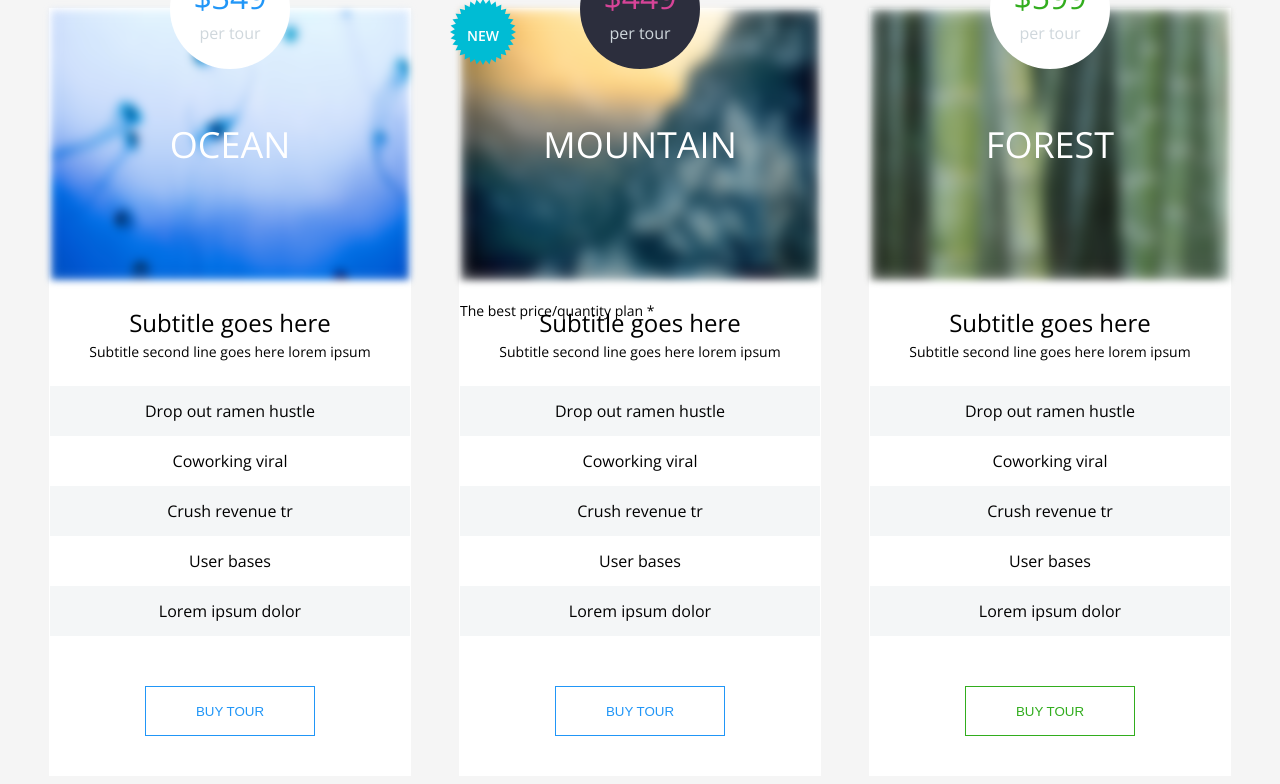
Repository: HoanTiny/pricetable
Page: index.html
An editor plug-in stored every save of this project. The page is shown before and after the next save, followed by the edit.
The browser window is 1280 px wide. The pictures show the whole page.
Some web fonts or font styles are not loaded; a fallback is used.

Above is the page before, as saved 2022-07-04 11:24:34.

### index.html
<!DOCTYPE html>
<html lang="en">
    <head>
        <meta charset="UTF-8" />
        <meta http-equiv="X-UA-Compatible" content="IE=edge" />
        <meta name="viewport" content="width=device-width, initial-scale=1.0" />
        <title>PriceTable</title>
        <link rel="stylesheet" href="./assests/css/style.css" />
        <link
            href="https://fonts.googleapis.com/css2?family=Gochi+Hand&family=IBM+Plex+Sans:wght@200;300;400;500;600;700&family=Open+Sans:wght@300;400;500;600&family=Orbitron:wght@400;500;600;700;800;900&family=Roboto:wght@100;300;400;500;700&display=swap"
            rel="stylesheet"
        />
    </head>
    <body>
        <div class="container">
            <div class="price-table">
                <div class="img">
                    <img src="./assests/img/ocean.png" alt="logo" />
                    <span>Ocean</span>
                </div>
                <div class="title">
                    <div class="title_header">
                        <p>Subtitle goes here</p>
                        <span>Subtitle second line goes here lorem ipsum</span>
                    </div>
                    <div class="title_list">
                        <ul>
                            <li>Drop out ramen hustle</li>
                            <li>Coworking viral</li>
                            <li>Crush revenue tr</li>
                            <li>User bases</li>
                            <li>Lorem ipsum dolor</li>
                        </ul>
                    </div>
                    <div class="title_btn">
                        <button type="">Buy Tour</button>
                    </div>
                    <div class="price">
                        <p>$349</p>
                        <span>per tour</span>
                    </div>
                </div>
            </div>
            <div class="price-table">
                <div class="img">
                    <img src="./assests/img/mountain.png" alt="logo" />
                    <div class="text">
                        <span>Mountain</span>
                        <p>The best price/quantity plan *</p>
                    </div>
                </div>
                <div class="title">
                    <div class="title_header">
                        <p>Subtitle goes here</p>
                        <span>Subtitle second line goes here lorem ipsum</span>
                    </div>
                    <div class="title_list">
                        <ul>
                            <li>Drop out ramen hustle</li>
                            <li>Coworking viral</li>
                            <li>Crush revenue tr</li>
                            <li>User bases</li>
                            <li>Lorem ipsum dolor</li>
                        </ul>
                    </div>
                    <div class="title_btn">
                        <button type="">Buy Tour</button>
                    </div>
                    <div class="price mountain">
                        <p>$449</p>
                        <span>per tour</span>
                    </div>
                    <div class="mark">
                        <img src="./assests/img/newmark.png" alt="logo" />
                        <span>New</span>
                    </div>
                </div>
            </div>
            <div class="price-table">
                <div class="img">
                    <img src="./assests/img/forest.png" alt="logo" />
                    <span>forest</span>
                </div>
                <div class="title">
                    <div class="title_header">
                        <p>Subtitle goes here</p>
                        <span>Subtitle second line goes here lorem ipsum</span>
                    </div>
                    <div class="title_list">
                        <ul>
                            <li>Drop out ramen hustle</li>
                            <li>Coworking viral</li>
                            <li>Crush revenue tr</li>
                            <li>User bases</li>
                            <li>Lorem ipsum dolor</li>
                        </ul>
                    </div>
                    <div class="title_btn forest">
                        <button type="">Buy Tour</button>
                    </div>
                    <div class="price forest">
                        <p>$599</p>
                        <span>per tour</span>
                    </div>
                </div>
            </div>
        </div>
    </body>
</html>

### assests/css/style.css
body {
    background-color: #f5f5f5;
    font-family: "Open Sans", sans-serif;
    font-weight: 100;
    font-size: 14px;
    line-height: 1.5;
    min-height: 100vh;
    display: flex;
    justify-content: center;
    align-items: center;
}

* {
    box-sizing: border-box;
}

.container {
    display: flex;
}

.price-table {
    width: 362px;
    height: 768px;
    background-color: #fff;
    position: relative;
    margin: 0 24px;
    border: 1px solid #fff;
}

.img {
    position: relative;
    height: 272px;
    width: 100%;
}

.img span {
    position: absolute;
    top: 50%;
    left: 50%;
    transform: translate(-50%, -50%);
    font-size: 36px;
    text-transform: uppercase;
    color: #fff;
}

.img img {
    /* opacity: 0.8; */
    filter: blur(3px);
    -webkit-filter: blur(3px);
}

img {
    width: 100%;
    height: 100%;
}

.title_header {
    text-align: center;
    margin: 24px 0;
}

.title_header p {
    font-size: 24px;
    margin: 0;
}

.title_header span {
    font-size: 14px;
}

.title_list ul {
    text-align: center;
    padding-left: 0;
    list-style: none;
}

.title_list ul li {
    font-size: 16px;
    height: 50px;
    line-height: 50px;
}

.title_list ul li:nth-child(odd) {
    background-color: #f4f6f7;
}

.title_btn {
    margin-top: 50px;
    text-align: center;
}

.title_btn button {
    width: 170px;
    height: 50px;
    border: 1px solid #2196f7;
    background-color: #fff;
    text-transform: uppercase;
    color: #2196f7;
    cursor: pointer;
}

.title_btn.forest button {
    border: 1px solid #32ad1e;
    color: #32ad1e;
}

.title_btn button:hover {
    background-color: #6c136f;
    color: #fff;
}

.price {
    position: absolute;
    top: -60px;
    left: 120px;
    /* transform: translate(-50%, -50%); */
    width: 120px;
    height: 120px;
    border-radius: 50%;
    background-color: #fff;
    display: flex;
    justify-content: center;
    align-items: center;
    text-align: center;
    display: flex;
    flex-direction: column;
}

.price p {
    font-size: 32px;
    color: #2196f7;
    margin: 0;
}

.price span {
    font-size: 16px;
    color: #cfd7dc;
}

.price.mountain {
    background-color: #2c2e3d;
}

.price.mountain p {
    color: #d74498;
}

.price.forest p {
    color: #32ad1e;
}

.mark {
    position: absolute;
    top: -10px;
    left: -10px;
}

.mark img {
    position: relative;
}

.mark span {
    position: absolute;
    top: 50%;
    left: 50%;
    transform: translate(-50%, -50%);
    color: #fff;
    text-transform: uppercase;
    font-weight: bold;
}

After the next save:
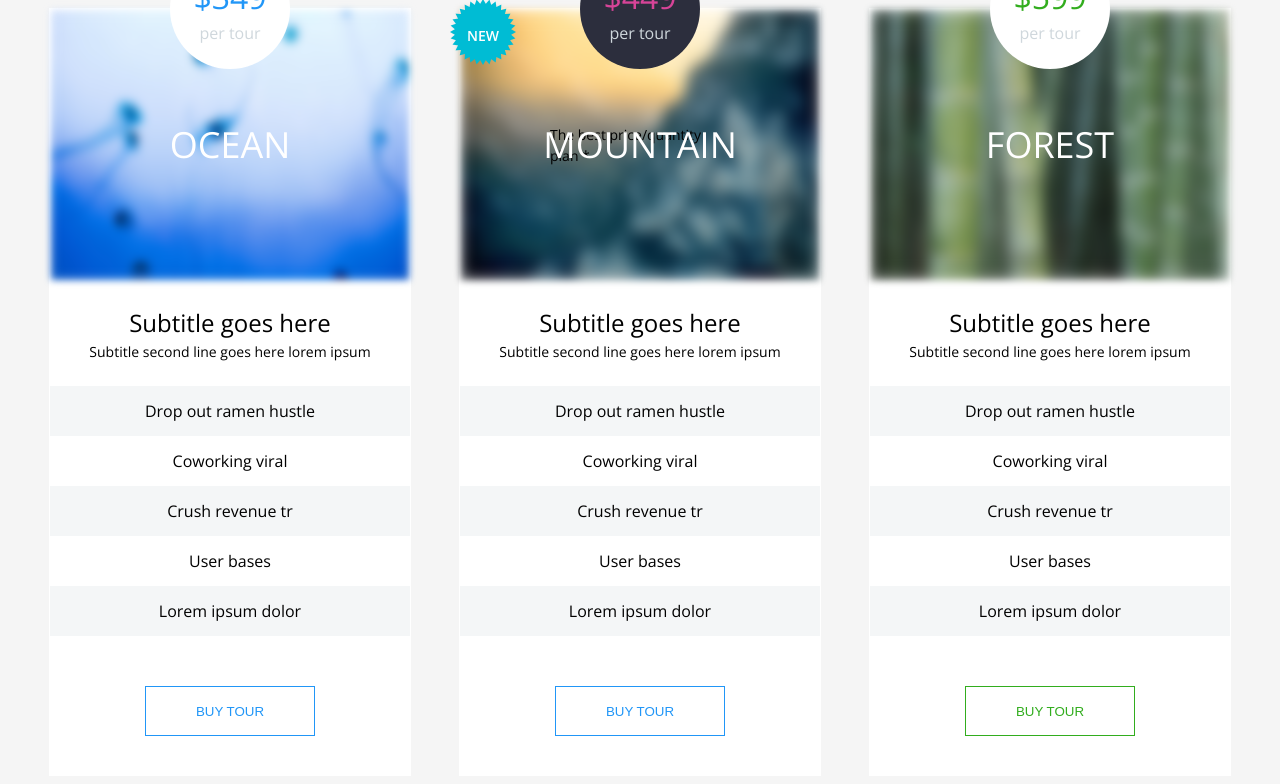
Saved 37 s later.
--- a/assests/css/style.css
+++ b/assests/css/style.css
@@ -41,6 +41,13 @@ body {
     font-size: 36px;
     text-transform: uppercase;
     color: #fff;
+}
+
+.img .text {
+    position: absolute;
+    top: 50%;
+    left: 50%;
+    transform: translate(-50%, -50%);
 }
 
 .img img {
